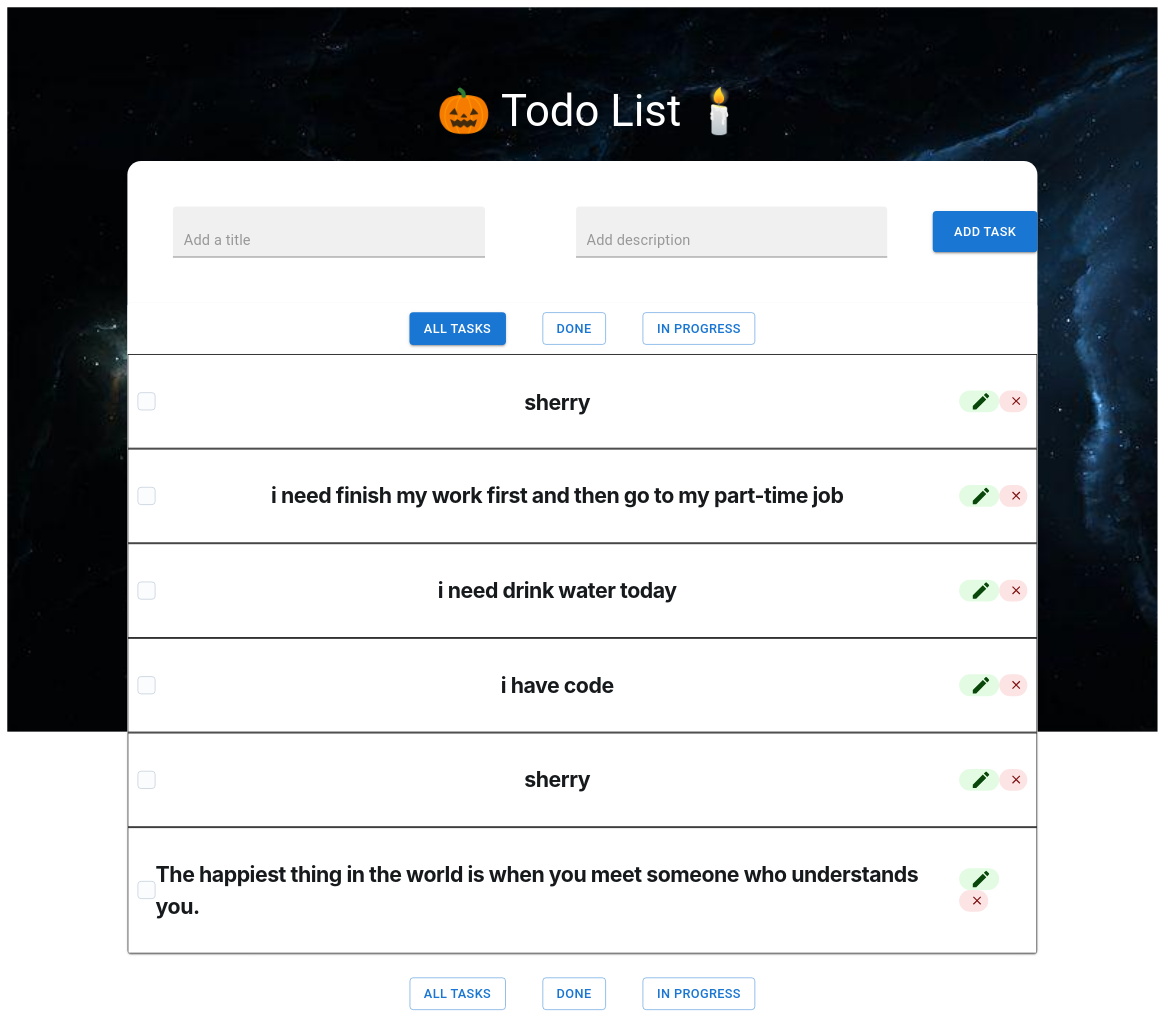
Repository: Tracy-maker/TodoList
Page: /
An editor plug-in stored every save of this project. The page is shown before and after a run of saves, followed by the edit.
The browser window is 1280 px wide. The page is 1292 px wide, so the pictures cover 1292 px, including what lies to the right of the window. The pictures show the whole page, at 91% of full size.
The project was rebuilt for these pictures with package versions that can differ from the ones it lists, and the page was loaded fresh each time. Requests to the local data server were answered from the project's data file. Also part of the build but not shown: src/components/TaskEdit.js.

Above is the page before, as saved 2023-09-20 14:26:18.

After the next 2 saves:
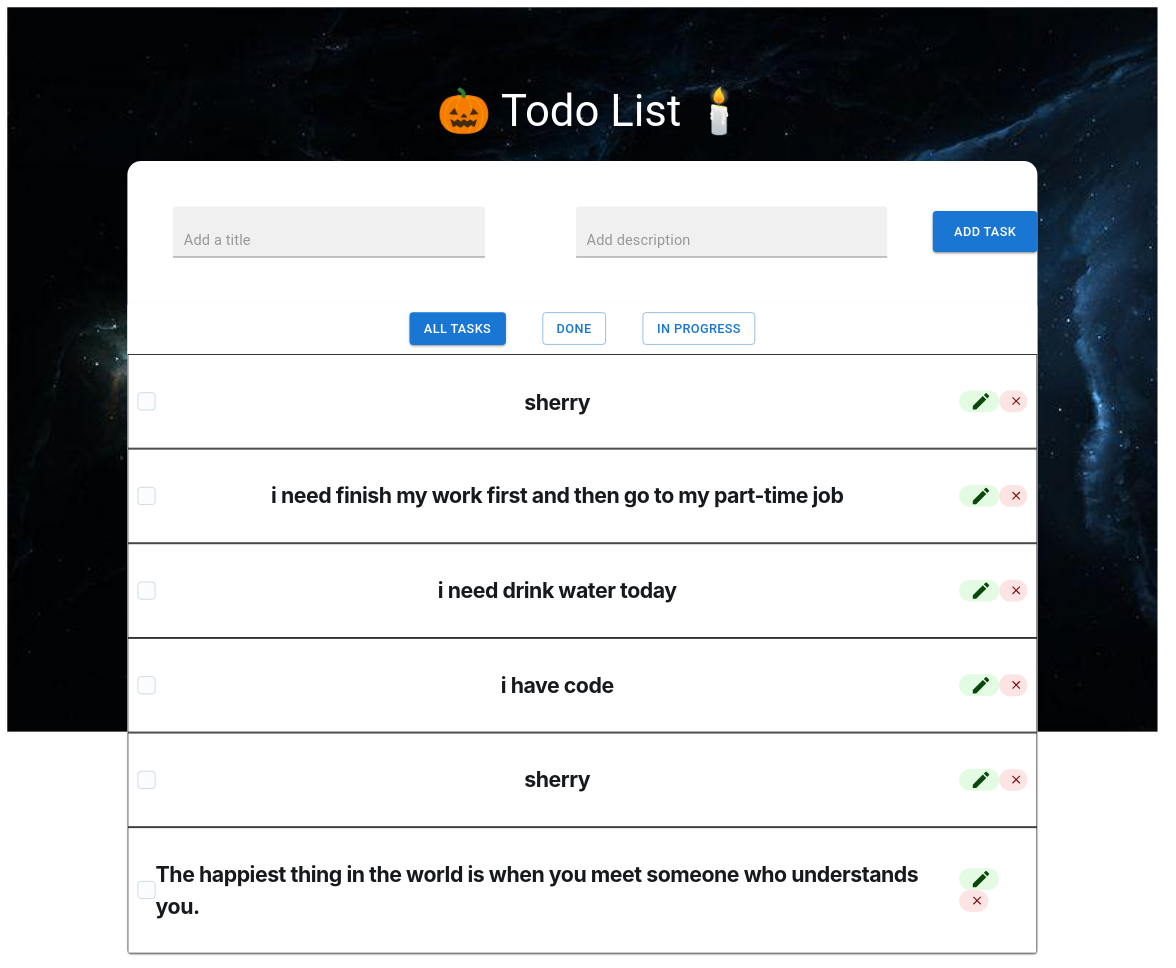
The 2 saves are shown as one change because they came seconds apart.
The last was saved 21 s later.
--- a/src/App.js
+++ b/src/App.js
@@ -5,7 +5,7 @@ import TaskList from "./components/TaskList";
 import { Box, Stack } from "@mui/material";
 import styled from "styled-components";
 import Typography from "@mui/material/Typography";
-import TaskButton from "./components/TaskButton";
+
 import Image1 from "./image/7.jpg";
 
 const StyledContainer = styled(Stack)`
@@ -124,9 +124,9 @@ function App() {
           tasks={filteredTasks}
           onDelete={deleteTasksById}
           onEdit={editTaskById}
-          defaultValue={filter} onFilterChange={handleFilterTasks}
+          defaultValue={filter}
+          onFilterChange={handleFilterTasks}
         />
-        <TaskButton  />
       </TaskForm>
     </StyledContainer>
   );
